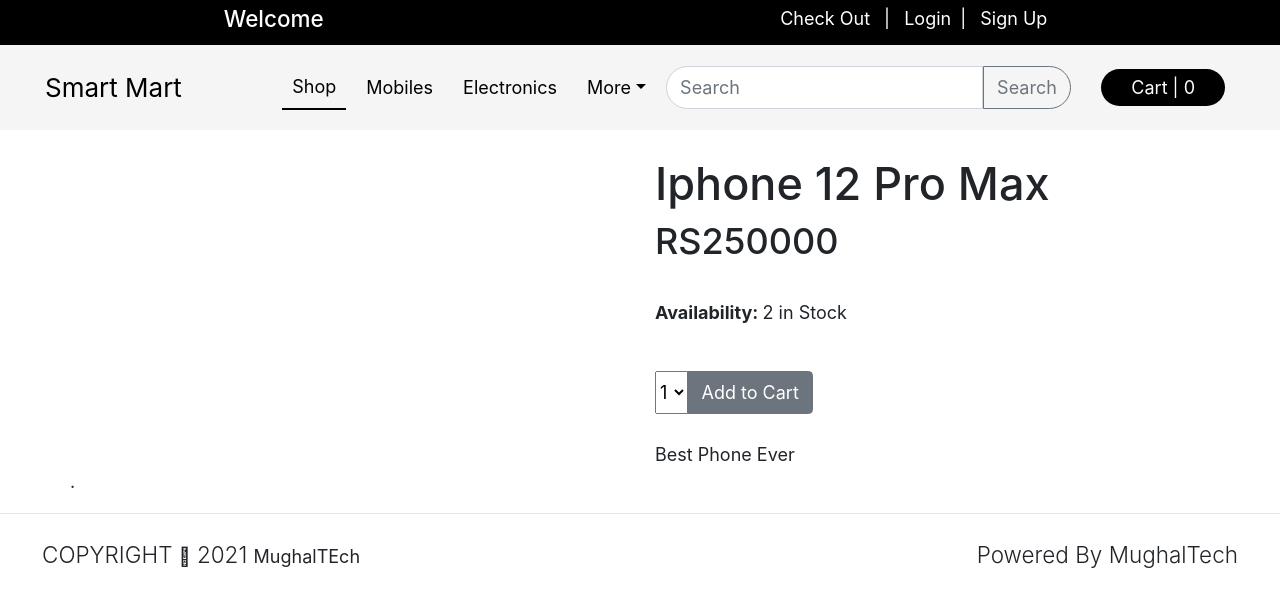
Repository: NabeelHamza55/Smart-Mart
Page: http://localhost/Singal_Page_Product.php
These files come from the project's save history. The page is drawn as it stood at one moment and after the next save; the edit follows.
The browser window is 1280 px wide. The pictures show the whole page.
Some web libraries are served in a nearby version. The page is run by PHP 8.4 with error messages shown; the project is at /var/www/html/. Queries for data that is not in the repository find no rows.

Above is the page before, as saved 2021-06-04 02:44:12.

After the next save:
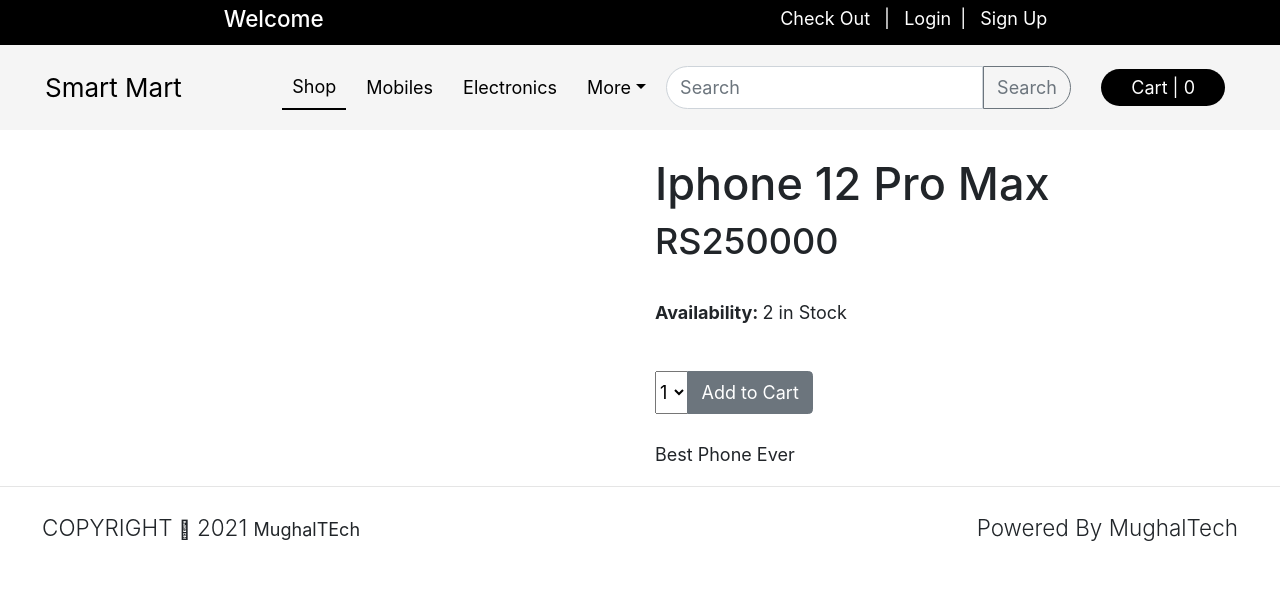
Saved 5 s later.
--- a/Components/_SingalProduct.php
+++ b/Components/_SingalProduct.php
@@ -20,6 +20,6 @@
           <br><br>
           <caption>Best Phone Ever</caption>
      </div>
-     .
+
 </div>
 </div>
